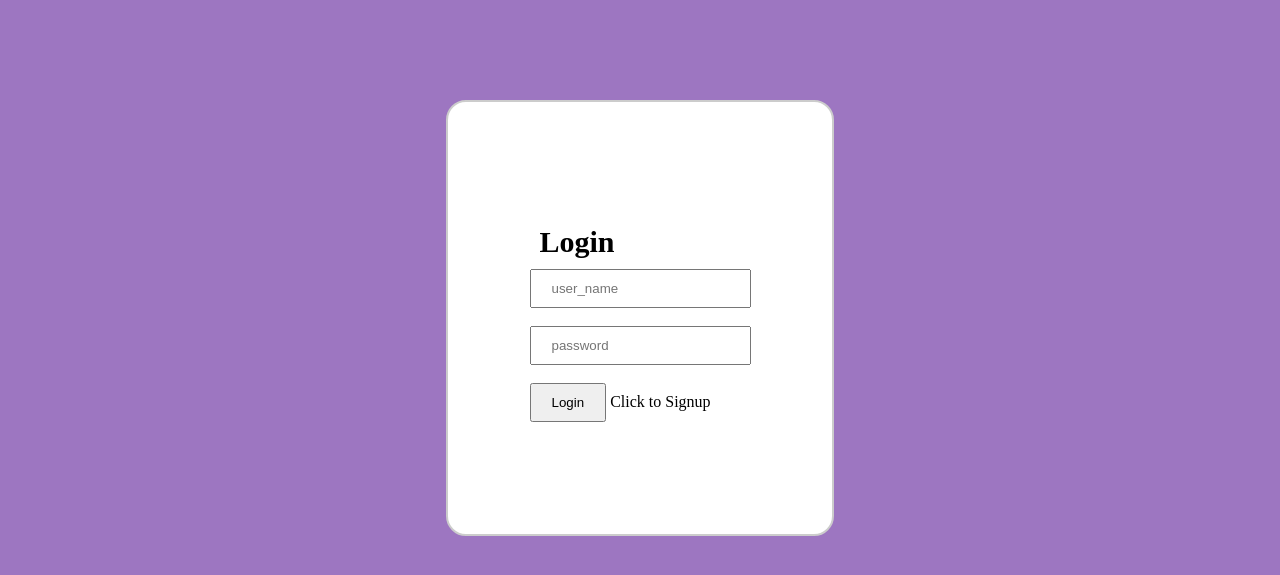
Repository: prathyushaa5/artgallery
Page: http://localhost/index/login.php
These files come from the project's save history. The page is drawn as it stood at one moment and after the next save; the edit follows.
The browser window is 1280 px wide. The pictures show the whole page.
The page is run by PHP 8.4 with error messages shown; the project is at /var/www/html/.

Above is the page before, as saved 2023-11-16 13:48:34.

After the next save:
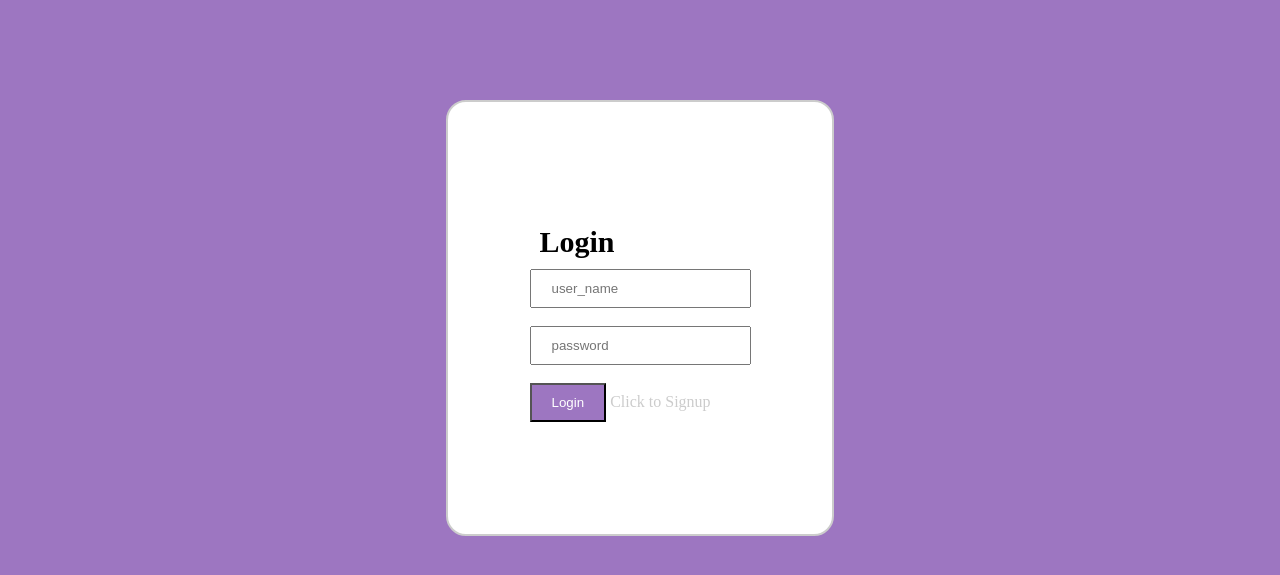
Saved 16 s later.
--- a/index/login.php
+++ b/index/login.php
@@ -49,7 +49,7 @@ if(!empty($user_name)&& !empty($password)){
         <div class="login">Login</div>
     <input type="text" name="user_name" id="user_name" placeholder="user_name"><br><br>
     <input type="password" name="password" id="password" placeholder="password"><br><br>
-    <input type="submit" value="Login" id="button>
+    <input type="submit" value="Login" id="button">
     <a href="signup.php"> Click to Signup</a>
     </form>
     </div>
